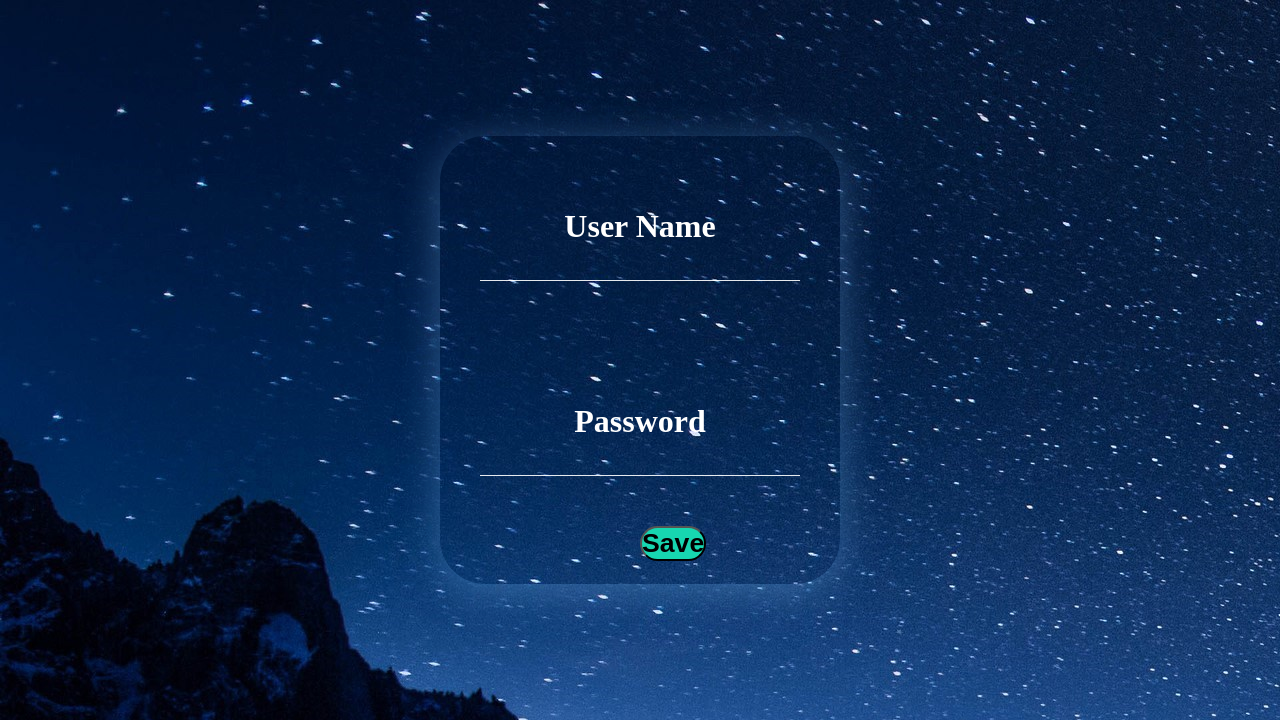
Repository: rkrukshan/Glass_Login_CSS
Page: login.html
The author's editor kept a copy of each file at every save. The page is drawn from the files as they stood at one save, then again after a run of saves.
The browser window is 1280 px wide. The pictures show the whole page.

Above is the page before, as saved 2023-10-03 20:26:20.

After the next 2 saves:
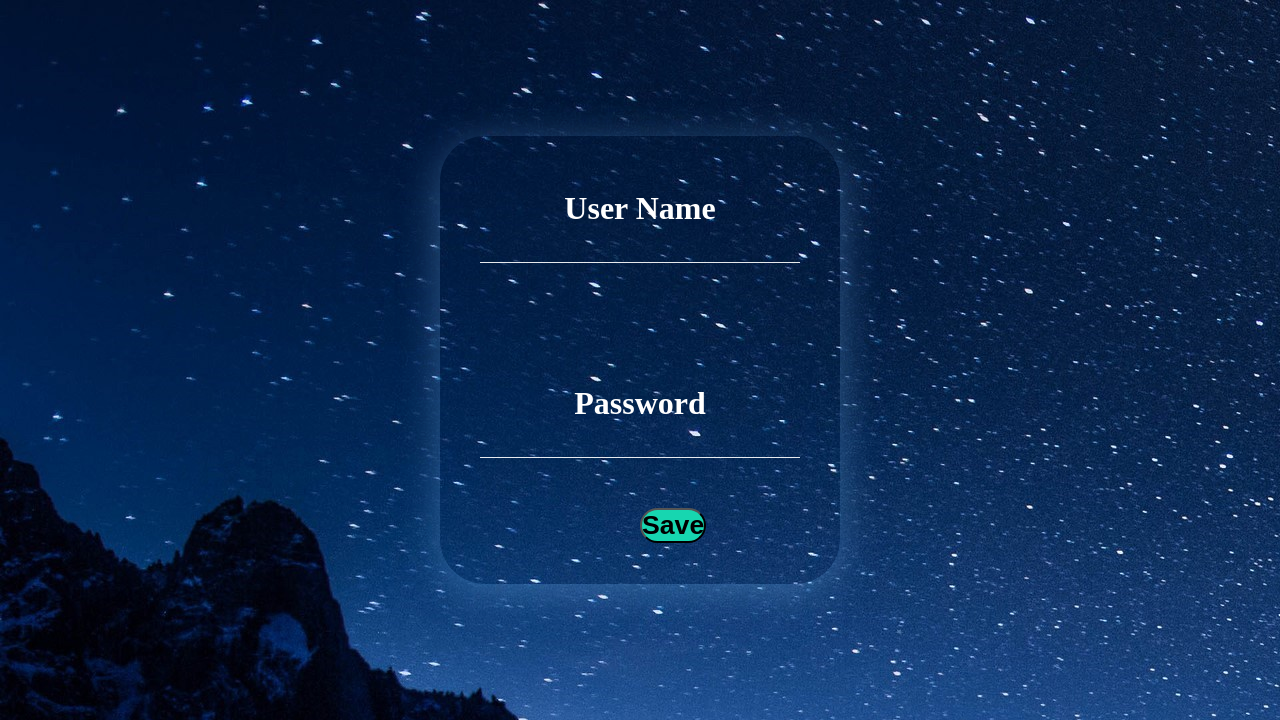
The 2 saves are shown as one change because they came seconds apart.
The last was saved 6 s later.
--- a/login.html
+++ b/login.html
@@ -54,7 +54,7 @@
 
 <body style="background-image: url(images/2.jpg);">
     <form action="">
-            <br><br><br><br>
+            <br><br><br>
             <center><label for="" style="color:white">
                     <h1><strong>User Name</strong></h1>
                 </label>
